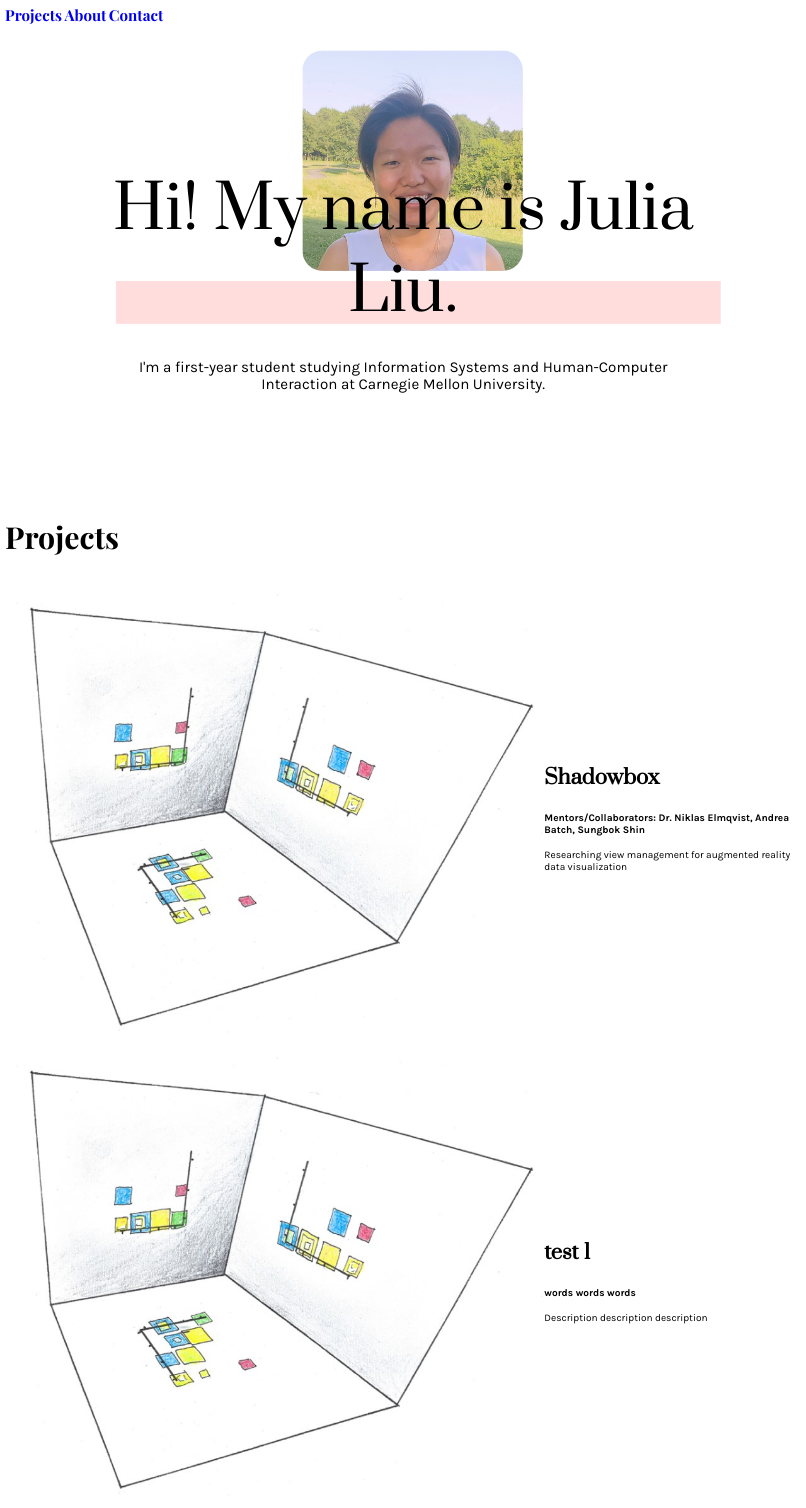
Repository: liu-julia/liu-julia.github.io
Page: index.html
These files come from the project's save history. The page is drawn as it stood at one moment and after the next save; the edit follows.
The browser window is 1280 px wide. The pictures show the whole page, at 63% of full size.

Above is the page before, as saved 2022-04-26 22:56:23.

### index.html
<!DOCTYPE html>
<html lang="en">
<head>
    <meta charset="UTF-8">
    <meta http-equiv="X-UA-Compatible" content="IE=edge">
    <meta name="viewport" content="width=device-width, initial-scale=1.0">
    <link rel="preconnect" href="https://fonts.googleapis.com">
    <link rel="preconnect" href="https://fonts.gstatic.com" crossorigin>
    <link href="https://fonts.googleapis.com/css2?family=Karla:wght@300;400;700&family=Open+Sans:wght@300;400;700&family=Playfair+Display:wght@400;700&family=Prata&display=swap" rel="stylesheet">
    <link rel="stylesheet" href="css/styles.css">
    <link rel="icon" href="images/jllogo.png">
    <title>Julia Liu</title>
</head>
<body>
    <header>
        <a href="index.html">Projects</a>
        <a href="about.html">About</a>
        <a href="contact.html">Contact</a>
    </header>
    <div id="content">
        <div id="top">
            <img id="face" src="images/IMG_20210707_193435_832.jpg" alt="Julia Liu">
            <h1 class="highlighted">Hi! My name is Julia Liu.</h1>
            <p id="head_desc">I'm a first-year student studying Information Systems and Human-Computer Interaction at Carnegie Mellon University.</p>
        </div>
        <br>
        <h2>Projects</h2>
        <div class="project">
            <img src="images/shadowbox.jpg" alt="Shadowbox">
            <div class="project-text">
                <h3>Shadowbox</h3>
                <h4>Mentors/Collaborators: Dr. Niklas Elmqvist, Andrea Batch, Sungbok Shin</h4>
                <p>Researching view management for augmented reality data visualization</p>
            </div>
        </div>
        <div class="project">
            <img src="images/shadowbox.jpg" alt="Shadowbox">
            <div class="project-text">
                <h3>test 1</h3>
                <h4>words words words</h4>
                <p>Description description description</p>
            </div>
        </div>
    </div>
</body>
</html>

### css/styles.css
:root {
    font-family: 'Karla', sans-serif;
}
html {
    height: 100%;
}
body {
    height: 100%;
}
#content {
    height: 100%;
}
h1 {
    font-family: 'Prata', serif;
    font-weight: 400;
    font-size: 6em;
}
#top {
    height: 100%;
}
h1{
    position: absolute;
    bottom: 12rem;
    left: 1rem;
    right: 1rem;
    text-align: center;
    margin: auto;
    width: 75%;
}
.highlighted::before {
    content: "";
    position: absolute;
    width: 100%;
    background: #ffdddd;
    left: .25em;
    bottom: .15em;
    height: .7em;
    z-index: -1;
}
h2 {
    font-family: 'Playfair Display', serif;
    font-size: 3em;
}
h3 {
    font-family: 'Prata', serif;
    font-size: 2em;

}
a {
    font-family: 'Playfair Display', serif;
    font-size: 1.5em;
    font-weight: 700;
    text-decoration: none;
}
#head_desc {
    font-size: 1.5em;
    font-weight: 400;
    position: absolute;
    bottom: 6rem;
    width: 90%;
    left: 1rem;
    right: 1rem;
    text-align: center;
    margin: auto;
    width: 75%;
}
.project {
    display: flex;
    align-items: center;
}
#face {
    position: absolute;
    width: 350px;
    height: 350px;
    top: 5rem;
    left: 30rem;
    right: 30rem;
    border-radius: 2em;
    margin: auto;
}

After the next save:
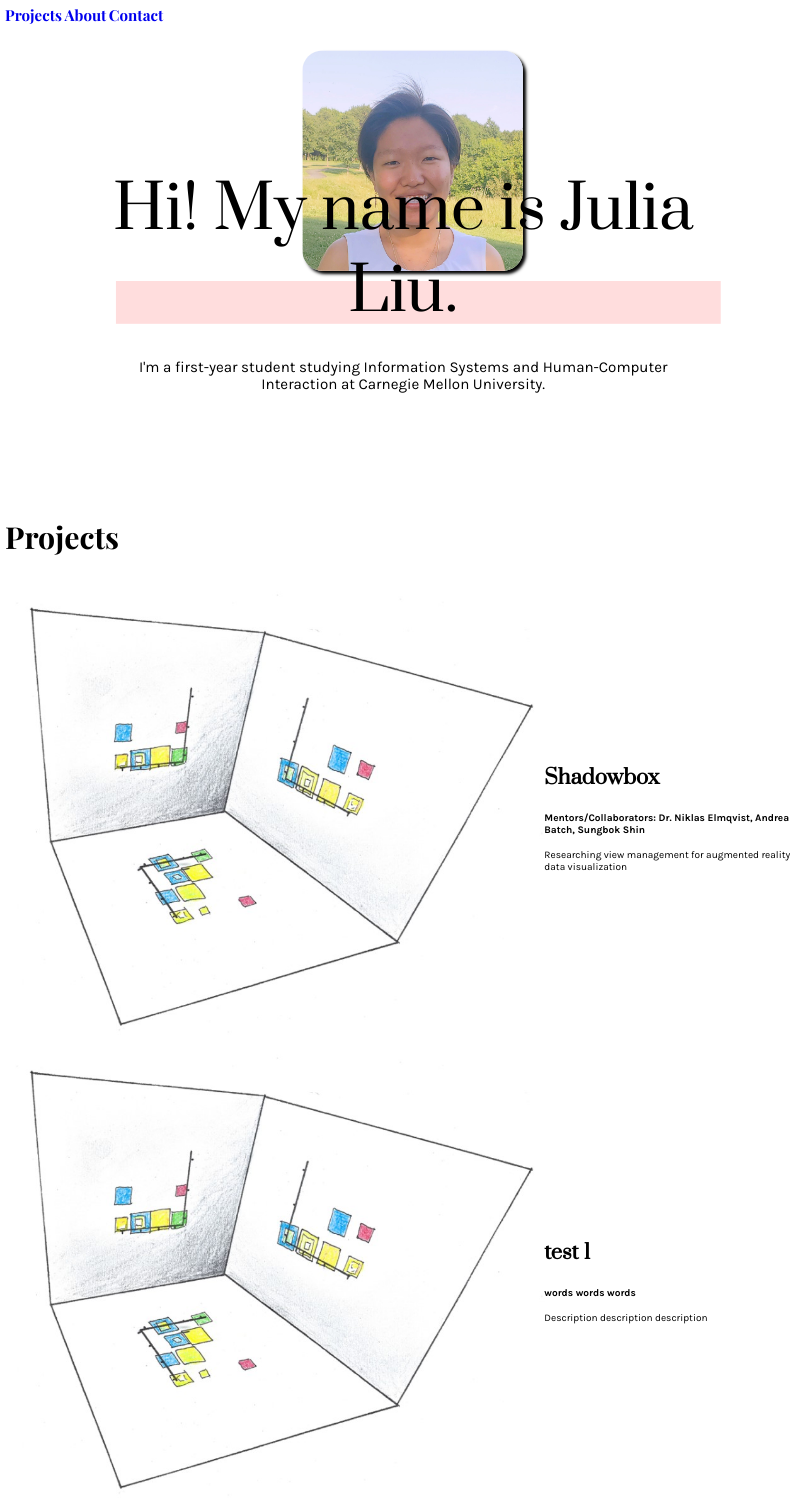
Saved 56 s later.
--- a/css/styles.css
+++ b/css/styles.css
@@ -77,4 +77,5 @@
     right: 30rem;
     border-radius: 2em;
     margin: auto;
+    box-shadow: 5px 5px 5px;
 }

After the save that followed:
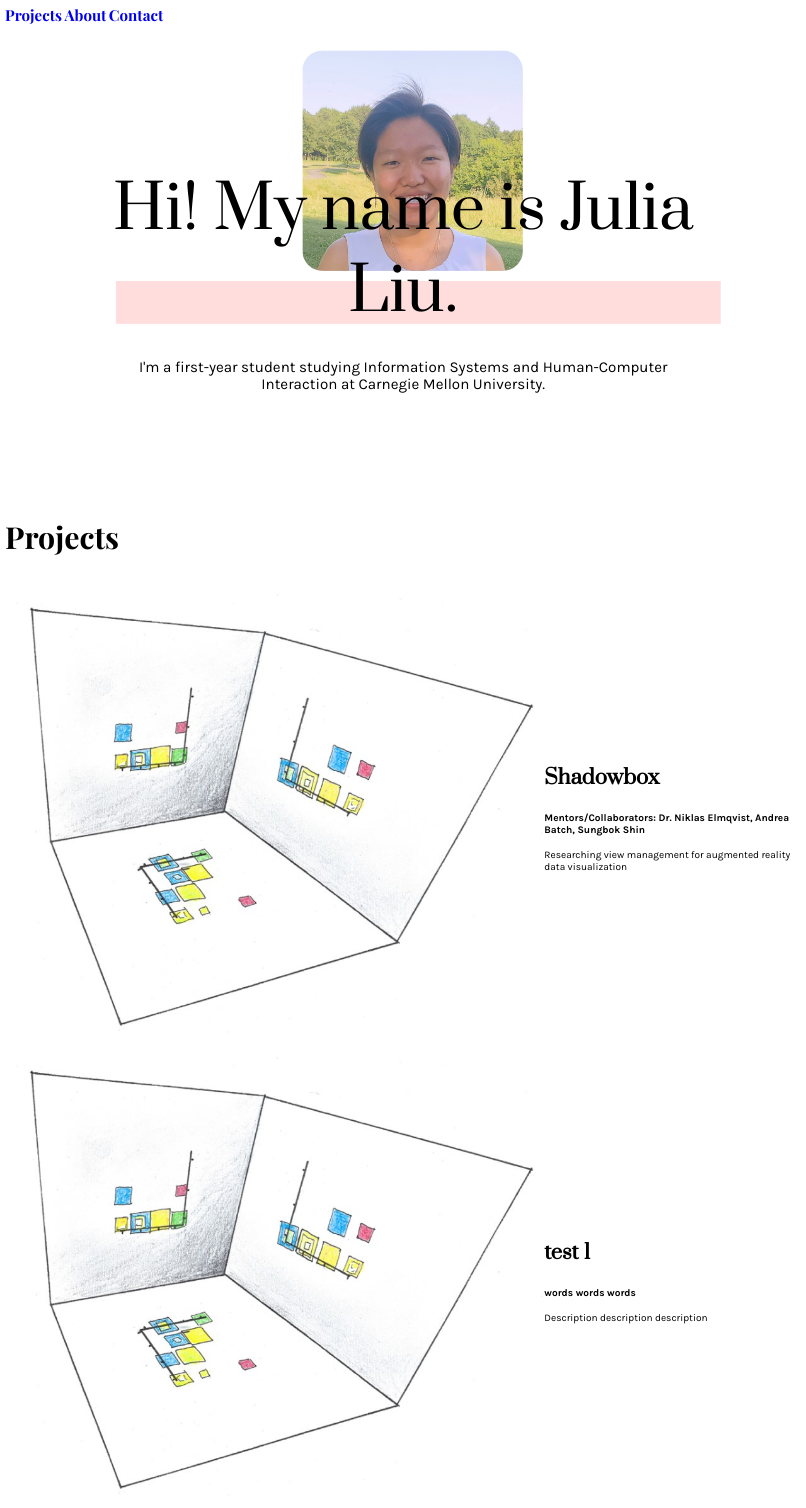
Saved 7 s later.
--- a/css/styles.css
+++ b/css/styles.css
@@ -77,5 +77,5 @@
     right: 30rem;
     border-radius: 2em;
     margin: auto;
-    box-shadow: 5px 5px 5px;
+    box-shadow: 5px 5px 5px 50%;
 }
